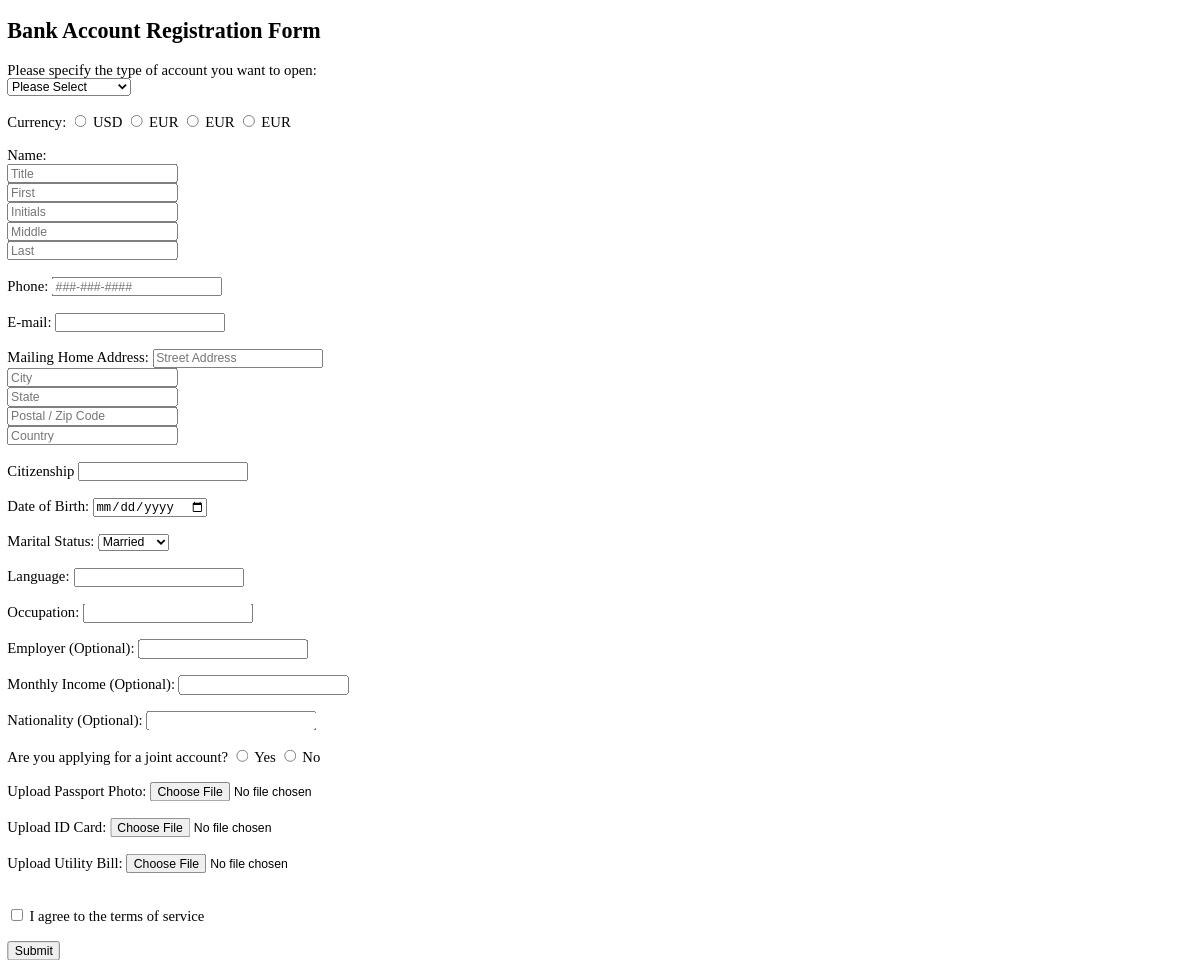
Repository: hizeetech/First-Assignment
Page: sign_up.html
An editor plug-in stored every save of this project. The page is shown before and after a run of saves, followed by the edit.
The browser window is 1280 px wide. The pictures show the whole page, at 92% of full size.

Above is the page before, as saved 2024-11-09 03:02:01.

After the next 2 saves:
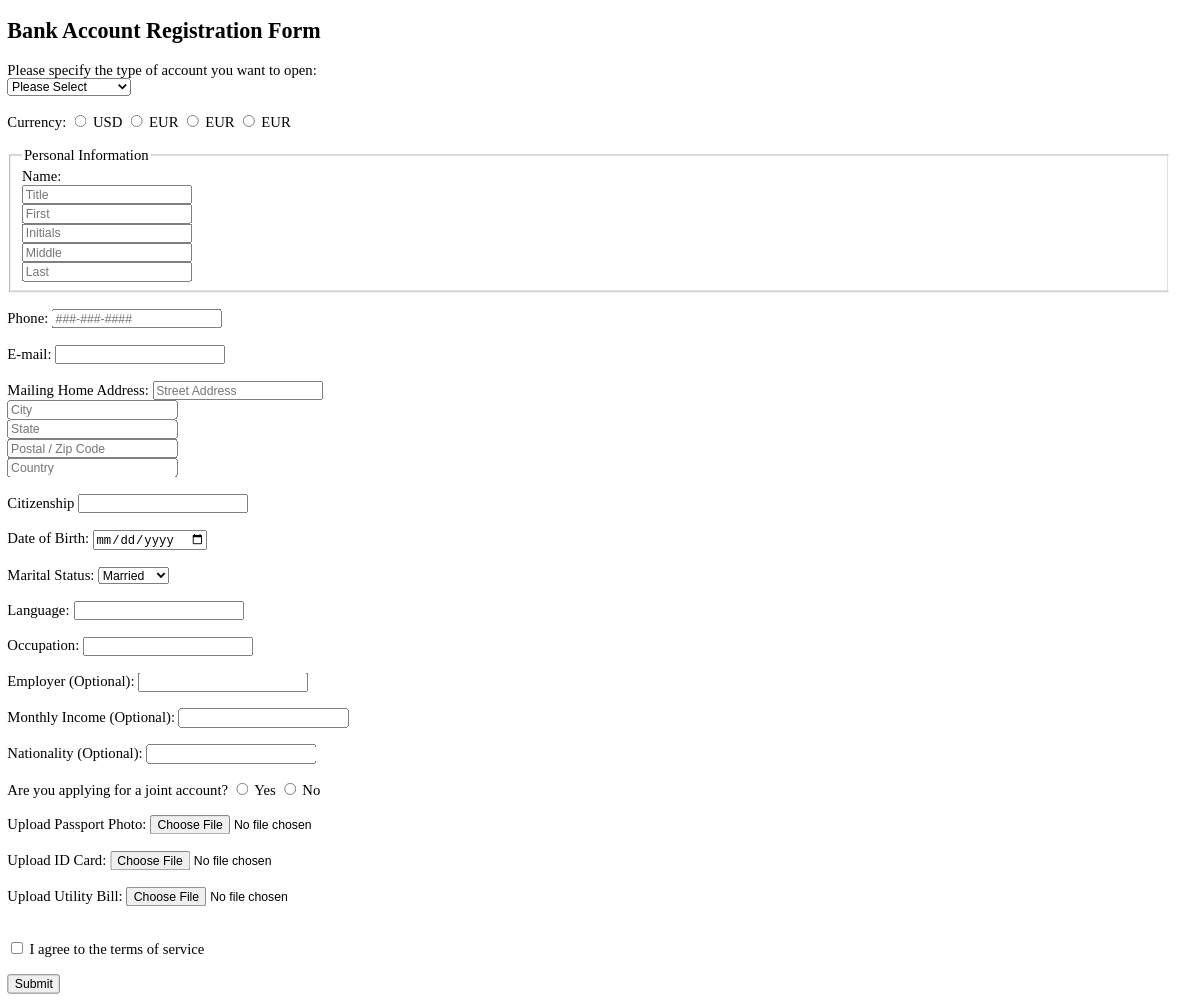
The 2 saves are shown as one change because they came seconds apart.
The last was saved 21 s later.
--- a/sign_up.html
+++ b/sign_up.html
@@ -32,6 +32,8 @@
         </div>
         <br>
         <div>
+            <fieldset>
+                <legend>Personal Information</legend>
             <label for="title">Name:</label>
             <div class="inline"><input type="text" id="title" name="title" placeholder="Title"></div>
             <div class="inline"><input type="text" name="first_name" placeholder="First" required></div>
